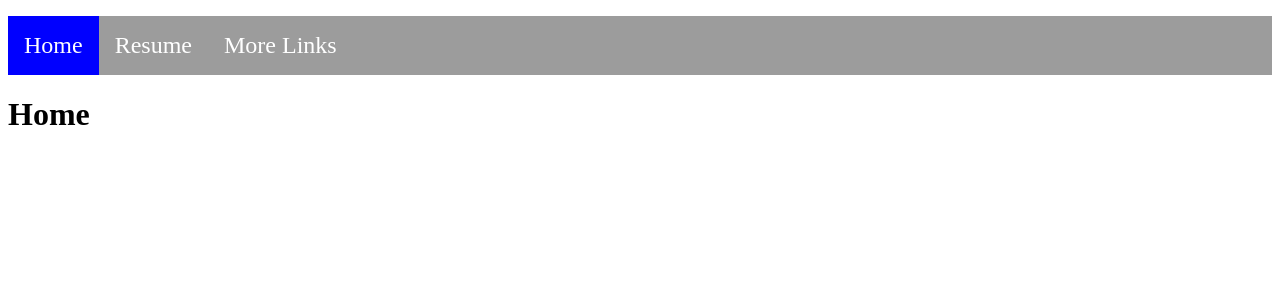
Repository: Peng-uin/Peng-uin.github.io
Page: index.html
The author's editor kept a record of every edit. The page is drawn from the files as they stood at one moment, then again after the next edit.
The browser window is 1280 px wide. The pictures show the whole page.

Above is the page before.

After the next edit:
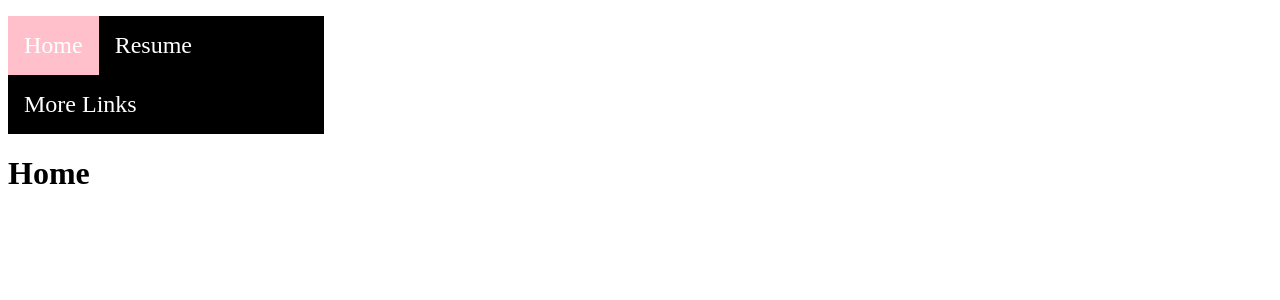
The edit:
--- a/index.html
+++ b/index.html
@@ -2,44 +2,7 @@
 <html>
     <head>
         <title>Page Title</title>
-        <style>
-            .navbar{
-                list-style: none;
-                background-color: #9c9c9c;
-                overflow: hidden;
-                padding: 0;
-            }
-            .navbar a, .dropdown div{
-                text-decoration: none;
-                color: white;
-                font-size:24px;
-                padding: 16px;
-                display: inline-block;
-            }
-            .navbar li{
-                float: left;
-            }
-            .navbar li:hover{
-                background-color: pink;
-            }
-            .dropdown-content{
-                list-style: none;
-                padding: 0;
-                display: none;
-                position: absolute;
-                z-index: 1;
-                background-color:  #9c9c9c;
-            }
-            .dropdown-content li{
-                float:none;
-            }
-            .dropdown:hover .dropdown-content{
-                display: block
-            }
-            .active{
-                background-color: blue;
-            }
-        </style>
+        <link rel="stylesheet" type="text/css" href="style.css">
     </head>
     <body>
         <ul class="navbar">
